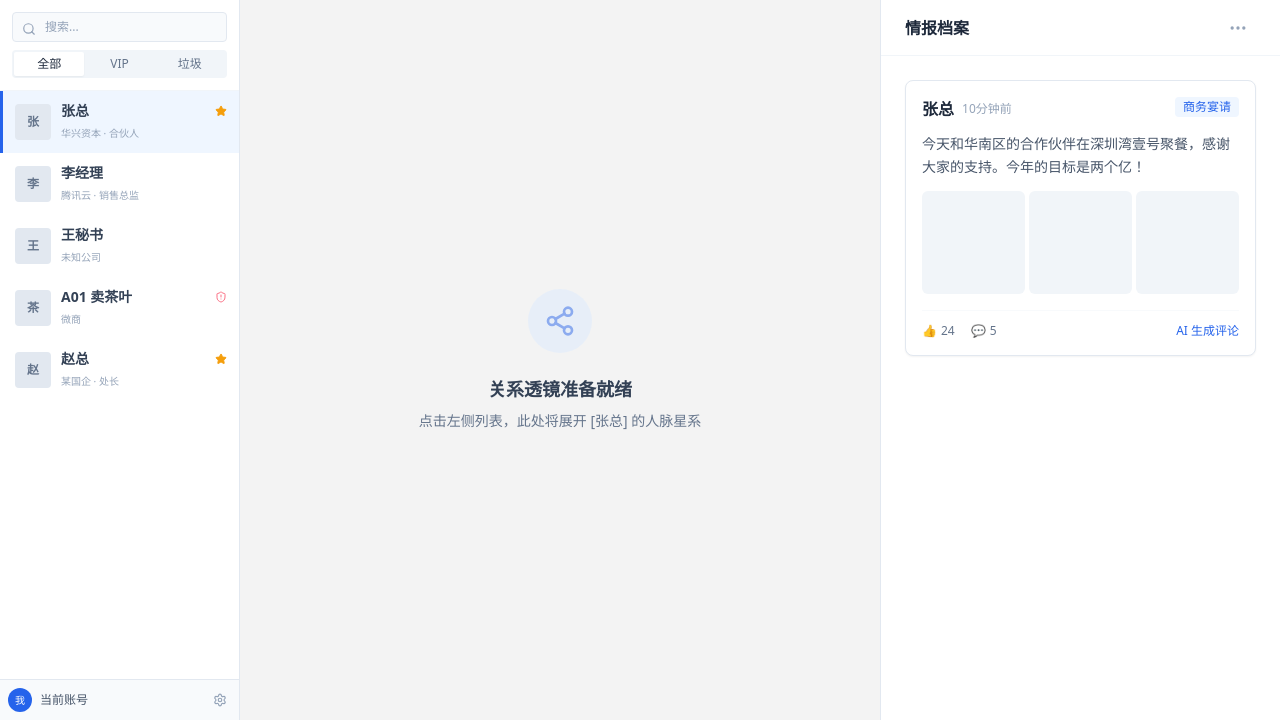
Repository: j76m8bhfny-a11y/wechatGalaxy
Page: / (app in client-radar/)
An editor plug-in stored every save of this project. The page is shown before and after the next save, followed by the edit.
The browser window is 1280 px wide. The pictures show the whole page.
The project was rebuilt for these pictures with package versions that can differ from the ones it lists, and the page was loaded fresh each time. Also part of the build but not shown: client-radar/vite.config.ts.

Above is the page before, as saved 2025-12-18 18:20:00.

### client-radar/src/main.ts
import { createApp } from "vue";
import App from "./App.vue";

// 👇 关键：必须引入这个 CSS 文件！
// 如果你的 CSS 文件在 src/assets/main.css，就写 import "./assets/main.css";
import "./style.css";

createApp(App).mount("#app");

### client-radar/src/App.vue
<script setup lang="ts">
import Sidebar from "./components/Sidebar.vue";
import { MoreHorizontal, Share2, MessageSquare } from "lucide-vue-next";
</script>

<template>
  <div class="flex h-screen w-screen overflow-hidden bg-[#F3F3F3] text-slate-800 font-sans">

    <Sidebar class="shrink-0" />

    <main class="flex-1 flex flex-col relative overflow-hidden">
      <div class="absolute inset-0 flex items-center justify-center bg-[#F3F3F3]">
        <div class="text-center">
          <div class="inline-block p-4 rounded-full bg-blue-100 text-blue-600 mb-4 animate-pulse">
            <Share2 class="h-8 w-8" />
          </div>
          <h2 class="text-lg font-bold text-slate-700">关系透镜准备就绪</h2>
          <p class="text-sm text-slate-500 mt-2">点击左侧列表，此处将展开 [张总] 的人脉星系</p>
        </div>
      </div>
    </main>

    <aside class="w-[400px] bg-white border-l border-slate-200 flex flex-col shrink-0">

      <div class="h-14 border-b border-slate-100 flex items-center justify-between px-6 bg-white">
        <span class="font-bold text-base">情报档案</span>
        <div class="flex space-x-2">
           <button class="p-2 hover:bg-slate-50 rounded-md text-slate-400">
             <MoreHorizontal class="h-5 w-5" />
           </button>
        </div>
      </div>

      <div class="flex-1 overflow-y-auto p-6 space-y-6">

        <div class="bg-white rounded-lg border border-slate-200 shadow-sm p-4 hover:shadow-md transition-shadow cursor-default">
          <div class="flex justify-between items-start mb-3">
             <div class="flex items-center space-x-2">
               <span class="font-bold text-slate-800">张总</span>
               <span class="text-xs text-slate-400">10分钟前</span>
             </div>
             <span class="bg-blue-50 text-blue-600 px-2 py-0.5 rounded text-xs font-medium">商务宴请</span>
          </div>

          <p class="text-sm text-slate-600 leading-relaxed mb-3">
            今天和华南区的合作伙伴在深圳湾壹号聚餐，感谢大家的支持。今年的目标是两个亿！
          </p>

          <div class="grid grid-cols-3 gap-1 mb-4">
             <div class="aspect-square bg-slate-100 rounded-md"></div>
             <div class="aspect-square bg-slate-100 rounded-md"></div>
             <div class="aspect-square bg-slate-100 rounded-md"></div>
          </div>

          <div class="flex items-center justify-between pt-3 border-t border-slate-50">
             <div class="flex space-x-4 text-xs text-slate-500">
                <span class="flex items-center hover:text-blue-600 cursor-pointer">
                  <span class="mr-1">👍</span> 24
                </span>
                <span class="flex items-center hover:text-blue-600 cursor-pointer">
                  <span class="mr-1">💬</span> 5
                </span>
             </div>
             <button class="text-xs text-blue-600 font-medium hover:underline">
               AI 生成评论
             </button>
          </div>
        </div>

      </div>
    </aside>

  </div>
</template>

<style>
/* 全局样式：设置字体，保证 Windows 下显示清晰 */
body {
  margin: 0;
  font-family: 'Microsoft YaHei UI', 'Segoe UI', system-ui, sans-serif;
  -webkit-font-smoothing: antialiased;
}
</style>

### client-radar/src/components/Sidebar.vue
<script setup lang="ts">
import { ref, computed } from 'vue';
import { Search, Settings, Star, ShieldAlert } from 'lucide-vue-next';

// 模拟数据：通讯录列表
const contacts = ref([
  { id: '1', name: '张总', title: '华兴资本 · 合伙人', avatar: '张', isVip: true, isSpam: false },
  { id: '2', name: '李经理', title: '腾讯云 · 销售总监', avatar: '李', isVip: false, isSpam: false },
  { id: '3', name: '王秘书', title: '未知公司', avatar: '王', isVip: false, isSpam: false },
  { id: '4', name: 'A01 卖茶叶', title: '微商', avatar: '茶', isVip: false, isSpam: true },
  { id: '5', name: '赵总', title: '某国企 · 处长', avatar: '赵', isVip: true, isSpam: false },
]);

const currentFilter = ref('all');
const selectedId = ref('1');

const filteredContacts = computed(() => {
  if (currentFilter.value === 'vip') return contacts.value.filter(c => c.isVip);
  if (currentFilter.value === 'spam') return contacts.value.filter(c => c.isSpam);
  return contacts.value;
});
</script>

<template>
  <div class="flex flex-col h-full bg-white border-r border-slate-200 w-[240px] select-none text-sm">

    <div class="p-3 border-b border-slate-100 space-y-2">
      <div class="relative">
        <Search class="absolute left-2.5 top-2.5 h-3.5 w-3.5 text-slate-400" />
        <input
          type="text"
          placeholder="搜索..."
          class="w-full pl-8 pr-3 py-1.5 bg-slate-50 border border-slate-200 rounded text-xs focus:outline-none focus:ring-1 focus:ring-blue-500 transition-all placeholder:text-slate-400"
        />
      </div>

      <div class="flex p-0.5 bg-slate-100 rounded">
        <button
          @click="currentFilter = 'all'"
          :class="['flex-1 py-1 text-xs font-medium rounded-sm transition-all', currentFilter === 'all' ? 'bg-white text-slate-800 shadow-sm' : 'text-slate-500 hover:text-slate-700']"
        >
          全部
        </button>
        <button
          @click="currentFilter = 'vip'"
          :class="['flex-1 py-1 text-xs font-medium rounded-sm transition-all', currentFilter === 'vip' ? 'bg-white text-amber-600 shadow-sm' : 'text-slate-500 hover:text-slate-700']"
        >
          VIP
        </button>
        <button
          @click="currentFilter = 'spam'"
          :class="['flex-1 py-1 text-xs font-medium rounded-sm transition-all', currentFilter === 'spam' ? 'bg-white text-slate-800 shadow-sm' : 'text-slate-500 hover:text-slate-700']"
        >
          垃圾
        </button>
      </div>
    </div>

    <div class="flex-1 overflow-y-auto scrollbar-thin">
      <div
        v-for="contact in filteredContacts"
        :key="contact.id"
        @click="selectedId = contact.id"
        :class="['flex items-center px-3 py-2.5 cursor-pointer border-l-[3px] transition-colors',
          selectedId === contact.id ? 'bg-blue-50 border-blue-600' : 'border-transparent hover:bg-slate-50']"
      >
        <div class="h-9 w-9 rounded bg-slate-200 flex items-center justify-center text-slate-500 font-bold text-xs shrink-0">
          {{ contact.avatar }}
        </div>

        <div class="ml-2.5 overflow-hidden flex-1">
          <div class="flex items-center justify-between">
            <span class="text-sm font-bold text-slate-700 truncate">{{ contact.name }}</span>
            <Star v-if="contact.isVip" class="h-3 w-3 text-amber-500 fill-amber-500" />
            <ShieldAlert v-else-if="contact.isSpam" class="h-3 w-3 text-rose-400" />
          </div>
          <div class="text-[10px] text-slate-400 truncate mt-0.5">{{ contact.title }}</div>
        </div>
      </div>
    </div>

    <div class="p-2 border-t border-slate-200 bg-slate-50 flex items-center justify-between">
      <div class="flex items-center space-x-2">
        <div class="h-6 w-6 rounded-full bg-blue-600 flex items-center justify-center text-white text-[10px]">
          我
        </div>
        <div class="text-xs text-slate-600 font-medium">当前账号</div>
      </div>
      <button class="p-1 hover:bg-slate-200 rounded text-slate-400">
        <Settings class="h-3.5 w-3.5" />
      </button>
    </div>
  </div>
</template>

<style scoped>
.scrollbar-thin::-webkit-scrollbar {
  width: 3px;
}
.scrollbar-thin::-webkit-scrollbar-thumb {
  background-color: #cbd5e1;
  border-radius: 4px;
}
</style>

Loaded but not shown: client-radar/index.html (common file); client-radar/src/style.css (common file); client-radar/tailwind.config.js (common file)

After the next save:
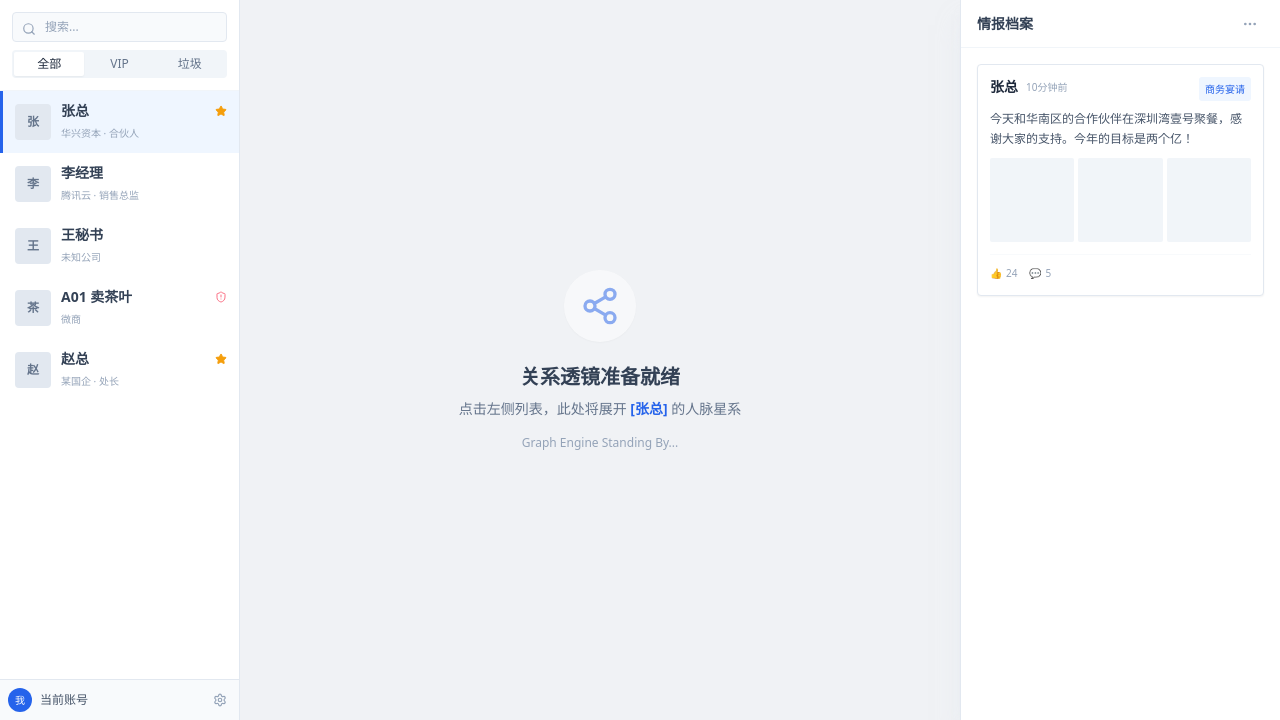
Saved 16 s later.
--- a/client-radar/src/App.vue
+++ b/client-radar/src/App.vue
@@ -1,67 +1,69 @@
 <script setup lang="ts">
 import Sidebar from "./components/Sidebar.vue";
-import { MoreHorizontal, Share2, MessageSquare } from "lucide-vue-next";
+import { MoreHorizontal, Share2 } from "lucide-vue-next";
 </script>
 
 <template>
-  <div class="flex h-screen w-screen overflow-hidden bg-[#F3F3F3] text-slate-800 font-sans">
+  <div class="flex h-screen w-screen overflow-hidden bg-[#F3F3F3] text-slate-800 font-sans text-sm">
 
     <Sidebar class="shrink-0" />
 
-    <main class="flex-1 flex flex-col relative overflow-hidden">
-      <div class="absolute inset-0 flex items-center justify-center bg-[#F3F3F3]">
-        <div class="text-center">
-          <div class="inline-block p-4 rounded-full bg-blue-100 text-blue-600 mb-4 animate-pulse">
-            <Share2 class="h-8 w-8" />
+    <main class="flex-1 flex flex-col relative overflow-hidden bg-[#F0F2F5]">
+
+      <div class="absolute inset-0 flex items-center justify-center">
+        <div class="text-center p-8">
+          <div class="inline-block p-4 rounded-full bg-white shadow-sm text-blue-600 mb-4 animate-pulse">
+            <Share2 class="h-10 w-10" />
           </div>
-          <h2 class="text-lg font-bold text-slate-700">关系透镜准备就绪</h2>
-          <p class="text-sm text-slate-500 mt-2">点击左侧列表，此处将展开 [张总] 的人脉星系</p>
+          <h2 class="text-xl font-bold text-slate-700">关系透镜准备就绪</h2>
+          <p class="text-slate-500 mt-2">点击左侧列表，此处将展开 <span class="font-bold text-blue-600">[张总]</span> 的人脉星系</p>
+          <p class="text-xs text-slate-400 mt-4">Graph Engine Standing By...</p>
         </div>
       </div>
     </main>
 
-    <aside class="w-[400px] bg-white border-l border-slate-200 flex flex-col shrink-0">
+    <aside class="w-[320px] bg-white border-l border-slate-200 flex flex-col shrink-0 z-10 shadow-xl shadow-slate-200/50">
 
-      <div class="h-14 border-b border-slate-100 flex items-center justify-between px-6 bg-white">
-        <span class="font-bold text-base">情报档案</span>
-        <div class="flex space-x-2">
-           <button class="p-2 hover:bg-slate-50 rounded-md text-slate-400">
-             <MoreHorizontal class="h-5 w-5" />
+      <div class="h-12 border-b border-slate-100 flex items-center justify-between px-4 bg-white shrink-0">
+        <span class="font-bold text-slate-700">情报档案</span>
+        <div class="flex space-x-1">
+           <button class="p-1.5 hover:bg-slate-50 rounded text-slate-400">
+             <MoreHorizontal class="h-4 w-4" />
            </button>
         </div>
       </div>
 
-      <div class="flex-1 overflow-y-auto p-6 space-y-6">
+      <div class="flex-1 overflow-y-auto p-4 space-y-4 scrollbar-thin">
 
-        <div class="bg-white rounded-lg border border-slate-200 shadow-sm p-4 hover:shadow-md transition-shadow cursor-default">
-          <div class="flex justify-between items-start mb-3">
+        <div class="bg-white rounded border border-slate-200 shadow-sm p-3 hover:shadow-md transition-shadow cursor-default group">
+          <div class="flex justify-between items-start mb-2">
              <div class="flex items-center space-x-2">
                <span class="font-bold text-slate-800">张总</span>
-               <span class="text-xs text-slate-400">10分钟前</span>
+               <span class="text-[10px] text-slate-400">10分钟前</span>
              </div>
-             <span class="bg-blue-50 text-blue-600 px-2 py-0.5 rounded text-xs font-medium">商务宴请</span>
+             <span class="bg-blue-50 text-blue-600 px-1.5 py-0.5 rounded-[3px] text-[10px] font-medium">商务宴请</span>
           </div>
 
-          <p class="text-sm text-slate-600 leading-relaxed mb-3">
+          <p class="text-xs text-slate-600 leading-relaxed mb-2.5">
             今天和华南区的合作伙伴在深圳湾壹号聚餐，感谢大家的支持。今年的目标是两个亿！
           </p>
 
-          <div class="grid grid-cols-3 gap-1 mb-4">
-             <div class="aspect-square bg-slate-100 rounded-md"></div>
-             <div class="aspect-square bg-slate-100 rounded-md"></div>
-             <div class="aspect-square bg-slate-100 rounded-md"></div>
+          <div class="grid grid-cols-3 gap-1 mb-3">
+             <div class="aspect-square bg-slate-100 rounded-sm"></div>
+             <div class="aspect-square bg-slate-100 rounded-sm"></div>
+             <div class="aspect-square bg-slate-100 rounded-sm"></div>
           </div>
 
-          <div class="flex items-center justify-between pt-3 border-t border-slate-50">
-             <div class="flex space-x-4 text-xs text-slate-500">
-                <span class="flex items-center hover:text-blue-600 cursor-pointer">
+          <div class="flex items-center justify-between pt-2 border-t border-slate-50">
+             <div class="flex space-x-3 text-[10px] text-slate-400">
+                <span class="flex items-center hover:text-blue-600 cursor-pointer transition-colors">
                   <span class="mr-1">👍</span> 24
                 </span>
-                <span class="flex items-center hover:text-blue-600 cursor-pointer">
+                <span class="flex items-center hover:text-blue-600 cursor-pointer transition-colors">
                   <span class="mr-1">💬</span> 5
                 </span>
              </div>
-             <button class="text-xs text-blue-600 font-medium hover:underline">
+             <button class="text-[10px] text-blue-600 opacity-0 group-hover:opacity-100 transition-opacity font-medium hover:underline">
                AI 生成评论
              </button>
           </div>
@@ -74,10 +76,21 @@ import { MoreHorizontal, Share2, MessageSquare } from "lucide-vue-next";
 </template>
 
 <style>
-/* 全局样式：设置字体，保证 Windows 下显示清晰 */
 body {
   margin: 0;
   font-family: 'Microsoft YaHei UI', 'Segoe UI', system-ui, sans-serif;
   -webkit-font-smoothing: antialiased;
 }
+
+/* 右侧栏也可以用细滚动条 */
+.scrollbar-thin::-webkit-scrollbar {
+  width: 4px;
+}
+.scrollbar-thin::-webkit-scrollbar-thumb {
+  background-color: #f1f5f9;
+  border-radius: 4px;
+}
+.scrollbar-thin:hover::-webkit-scrollbar-thumb {
+  background-color: #cbd5e1;
+}
 </style>
